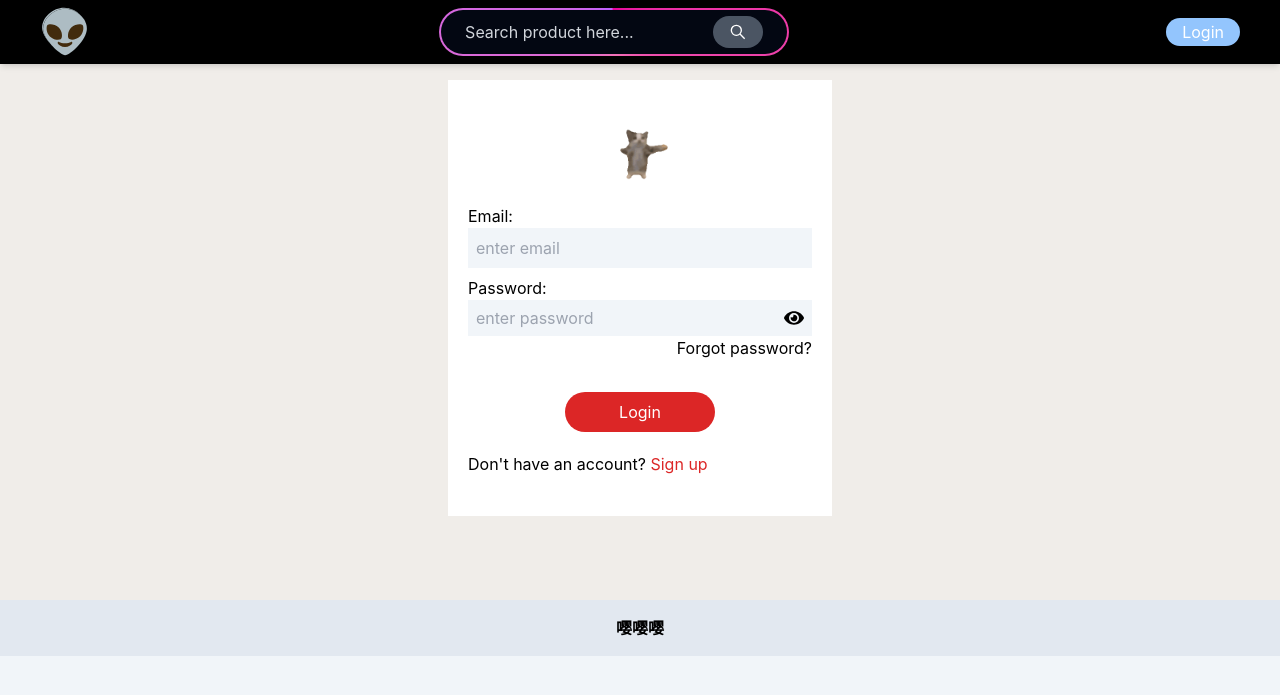
Repository: Cathe66/SwiftiesStore
Page: /login (app in frontend/)
These files come from the project's save history. The page is drawn as it stood at one moment and after the next save; the edit follows.
The browser window is 1280 px wide. The pictures show the whole page.
The page's requests for data from a server got no answer. The project was rebuilt for these pictures with package versions that can differ from the ones it lists, and the page was loaded fresh each time. No one was signed in, and anything a server would have sent is missing. Also part of the build but not shown: frontend/src/App.css, frontend/src/components/CategoryList.js, frontend/src/components/BannerProduct.js, frontend/src/helpers/fetchCategoryWiseProduct.js, frontend/src/helpers/displayCurrency.js, frontend/src/helpers/addToCart.js, frontend/src/components/HorizontalCardProduct.js, frontend/src/components/VerticalCardProduct.js and 26 more.

Above is the page before, as saved 2024-10-11 13:59:55.

### frontend/public/index.html
<!DOCTYPE html>
<html lang="en">
  <head>
    <meta charset="utf-8" />
    <link rel="icon" href="%PUBLIC_URL%/favicon.ico" />
    <meta name="viewport" content="width=device-width, initial-scale=1" />
    <meta name="theme-color" content="#000000" />
    <meta
      name="description"
      content="Web site created using create-react-app"
    />
    <link rel="apple-touch-icon" href="%PUBLIC_URL%/logo192.png" />

    <link rel="manifest" href="%PUBLIC_URL%/manifest.json" />

    <title>React App</title>
  </head>
  <body>

    <div id="root"></div>

  </body>
</html>

### frontend/src/App.js
import logo from './logo.svg';
import './App.css';
import { Outlet } from 'react-router-dom';
import Header from './components/Header';
import Footer from './components/Footer';
import { ToastContainer } from 'react-toastify';
import 'react-toastify/dist/ReactToastify.css';
import { useEffect, useState } from 'react';
import SummaryApi from './common';
import Context from './context';
import { useDispatch } from 'react-redux';
import { setUserDetails } from './store/userSlice';

function App() {
  const dispatch = useDispatch();
  const [cartProductCount, setCartProductCount] = useState(0);

  const fetchUserDetails = async () => {
    const dataResponse = await fetch(SummaryApi.current_user.url, {
      method: SummaryApi.current_user.method,
      credentials: 'include'
    });

    const dataApi = await dataResponse.json();

    if (dataApi.success) {
      dispatch(setUserDetails(dataApi.data));
    }
  };

  const fetchUserAddToCart = async () => {
    const dataResponse = await fetch(SummaryApi.addToCartProductCount.url, {
      method: SummaryApi.addToCartProductCount.method,
      credentials: 'include'
    });

    const dataApi = await dataResponse.json();

    setCartProductCount(dataApi?.data?.count);
  };

  useEffect(() => {
    fetchUserDetails();
    fetchUserAddToCart();
  }, []);

  return (
    <>
      <Context.Provider value={{
          fetchUserDetails,
          cartProductCount,
          fetchUserAddToCart
      }}>
        <ToastContainer
          position='top-center'
        />

        <Header/>
        <main className='min-h-[calc(100vh-120px)] pt-16 bg-[#f0ede9]'> {/* Added bg color here */}
          <Outlet/>
        </main>
        <Footer/>
      </Context.Provider>
    </>
  );
}

export default App;

### frontend/src/routes/index.js
import { createBrowserRouter } from 'react-router-dom'
import App from '../App'
import Home from '../pages/Home'
import Login from '../pages/Login'
import ForgotPassowrd from '../pages/ForgotPassowrd'
import SignUp from '../pages/SignUp'
import AdminPanel from '../pages/AdminPanel'
import AllUsers from '../pages/AllUsers'
import AllProducts from '../pages/AllProducts'
import CategoryProduct from '../pages/CategoryProduct'
import ProductDetails from '../pages/ProductDetails'
import Cart from '../pages/Cart'
import SearchProduct from '../pages/SearchProduct'
import Success from '../pages/Success'
import Cancel from '../pages/Cancel'
import OrderPage from '../pages/OrderPage'
import AllOrder from '../pages/AllOrder'

const router = createBrowserRouter([
    {
        path : "/",
        element : <App/>,
        children : [
            {
                path : "",
                element : <Home/>
            },
            {
                path : "login",
                element : <Login/>
            },
            {
                path : "forgot-password",
                element : <ForgotPassowrd/>
            },
            {
                path : "sign-up",
                element : <SignUp/>
            },
            {
                path : "product-category",
                element : <CategoryProduct/>
            },
            {
                path : "product/:id",
                element : <ProductDetails/>
            },
            {
                path : 'cart',
                element : <Cart/>
            },
            {
                path : 'success',
                element : <Success/>
            },
            {
                path : 'cancel',
                element : <Cancel/>
            },
            {
                path : "search",
                element : <SearchProduct/>
            },
            {
                path :'order',
                element : <OrderPage/>
            },
            {
                path : "admin-panel",
                element : <AdminPanel/>,
                children : [
                    {
                        path : "all-users",
                        element : <AllUsers/>
                    },
                    {
                        path : "all-products",
                        element : <AllProducts/>
                    },
                    {
                        path : "all-order",
                        element : <AllOrder/>
                    }
                ]
            },
        ]
    }
])


export default router

### frontend/src/components/Footer.js
import React from 'react'

const Footer = () => {
  return (
    <footer className='bg-slate-200'>
      <div className='container mx-auto p-4'>
       <p className='text-center font-bold' title="Taylor">嘤嘤嘤</p>
      </div>
    </footer>
  )
}

export default Footer

### frontend/src/common/index.js
const backendDomin = "http://localhost:8080"

const SummaryApi = {
    signUP : {
        url : `${backendDomin}/api/signup`,
        method : "post"
    },
    signIn : {
        url : `${backendDomin}/api/signin`,
        method : "post"
    },
    current_user : {
        url : `${backendDomin}/api/user-details`,
        method : "get"
    },
    logout_user : {
        url : `${backendDomin}/api/userLogout`,
        method : 'get'
    },
    allUser : {
        url : `${backendDomin}/api/all-user`,
        method : 'get'
    },
    updateUser : {
        url : `${backendDomin}/api/update-user`,
        method : "post"
    },
    uploadProduct : {
        url : `${backendDomin}/api/upload-product`,
        method : 'post'
    },
    allProduct : {
        url : `${backendDomin}/api/get-product`,
        method : 'get'
    },
    updateProduct : {
        url : `${backendDomin}/api/update-product`,
        method  : 'post'
    },
    categoryProduct : {
        url : `${backendDomin}/api/get-categoryProduct`,
        method : 'get'
    },
    categoryWiseProduct : {
        url : `${backendDomin}/api/category-product`,
        method : 'post'
    },
    productDetails : {
        url : `${backendDomin}/api/product-details`,
        method : 'post'
    },
    addToCartProduct : {
        url : `${backendDomin}/api/addtocart`,
        method : 'post'
    },
    addToCartProductCount : {
        url : `${backendDomin}/api/countAddToCartProduct`,
        method : 'get'
    },
    addToCartProductView : {
        url : `${backendDomin}/api/view-card-product`,
        method : 'get'
    },
    updateCartProduct : {
        url : `${backendDomin}/api/update-cart-product`,
        method : 'post'
    },
    deleteCartProduct : {
        url : `${backendDomin}/api/delete-cart-product`,
        method : 'post'
    },
    searchProduct : {
        url : `${backendDomin}/api/search`,
        method : 'get'
    },
    filterProduct : {
        url : `${backendDomin}/api/filter-product`,
        method : 'post'
    },
    payment: {
        url : `${backendDomin}/api/checkout`,
        method : 'post'

    },
    getOrder : {
        url : `${backendDomin}/api/order-list`,
        method : 'get'
    },
    uploadAddress: {
        url: `${backendDomin}/api/upload-address`,
        method: 'post'
    },
    updateAddress : {
        url : `${backendDomin}/api/update-address`,
        method  : 'post'
    },
    allOrder : {
        url : '${backendDomin}/api/all-order',
        method : 'get'
    }

}


export default SummaryApi

### frontend/src/pages/Login.js
import React, { useContext, useState } from 'react';
import loginIcons from '../assest/signin.gif';
import { FaEye, FaEyeSlash } from "react-icons/fa";
import { Link, useNavigate } from 'react-router-dom';
import SummaryApi from '../common';
import { toast } from 'react-toastify';
import Context from '../context';

const Login = () => {
    const [showPassword, setShowPassword] = useState(false);
    const [data, setData] = useState({
        email: "",
        password: ""
    });
    const navigate = useNavigate();
    const { fetchUserDetails, fetchUserAddToCart } = useContext(Context);

    const handleOnChange = (e) => {
        const { name, value } = e.target;
        setData(prev => ({ ...prev, [name]: value }));
    };

    const handleSubmit = async (e) => {
        e.preventDefault();

        try {
            const dataResponse = await fetch(SummaryApi.signIn.url, {
                method: SummaryApi.signIn.method,
                credentials: 'include',
                headers: {
                    "content-type": "application/json"
                },
                body: JSON.stringify(data)
            });

            const dataApi = await dataResponse.json();
            console.log("API Response:", dataApi); // Debugging log

            if (dataApi.success) {
                toast.success(dataApi.message);
                navigate('/');
                fetchUserDetails();
                fetchUserAddToCart();
            } else {
                toast.error(dataApi.message);
            }
        } catch (error) {
            console.error("Error during login:", error);
            toast.error("Something went wrong during login!");
        }
    };

    return (
        <section id='login'>
            <div className='mx-auto container p-4'>
                <div className='bg-white p-5 w-full max-w-sm mx-auto'>
                    <div className='w-20 h-20 mx-auto'>
                        <img src={loginIcons} alt='login icons' />
                    </div>
                    <form className='pt-6 flex flex-col gap-2' onSubmit={handleSubmit}>
                        <div className='grid'>
                            <label>Email: </label>
                            <div className='bg-slate-100 p-2'>
                                <input
                                    type='email'
                                    placeholder='enter email'
                                    name='email'
                                    value={data.email}
                                    onChange={handleOnChange}
                                    className='w-full h-full outline-none bg-transparent'
                                />
                            </div>
                        </div>
                        <div>
                            <label>Password: </label>
                            <div className='bg-slate-100 p-2 flex'>
                                <input
                                    type={showPassword ? "text" : "password"}
                                    placeholder='enter password'
                                    name='password'
                                    value={data.password}
                                    onChange={handleOnChange}
                                    className='w-full h-full outline-none bg-transparent'
                                />
                                <div className='cursor-pointer text-xl' onClick={() => setShowPassword(prev => !prev)}>
                                    {showPassword ? <FaEyeSlash /> : <FaEye />}
                                </div>
                            </div>
                            <Link to={'/forgot-password'} className='block w-fit ml-auto hover:underline hover:text-red-600'>
                                Forgot password?
                            </Link>
                        </div>
                        <button className='bg-red-600 hover:bg-red-700 text-white px-6 py-2 w-full max-w-[150px] rounded-full hover:scale-110 transition-all mx-auto block mt-6'>
                            Login
                        </button>
                    </form>
                    <p className='my-5'>
                        Don't have an account? <Link to={"/sign-up"} className='text-red-600 hover:text-red-700 hover:underline'>Sign up</Link>
                    </p>
                </div>
            </div>
        </section>
    );
};

export default Login;

### frontend/src/components/Logo.js
import React from 'react'

export const Logo = () => (
	<svg xmlns="http://www.w3.org/2000/svg" width="50" height="50" viewBox="0 0 128 128"><path fill="#ADBCC3" d="M64 4.5C36.2 4.5 8 28.1 8 55.8s44.3 67.7 56.2 67.7c13.2 0 55.8-39.9 55.8-67.7S91.8 4.5 64 4.5"/><path fill="#422B0D" d="M64 102.35c-9.37 0-16.06-5.52-18.07-8.58c-.76-.98-.92-2.31-.41-3.44c.39-.74 1.17-1.18 2-1.15c.3 0 .6.05.88.15C53.1 90.8 57.23 93 64 93s10.92-2.16 15.63-3.63c.28-.1.58-.15.88-.15c.83-.03 1.61.41 2 1.15c.51 1.13.35 2.46-.41 3.44c-2.04 3.02-8.73 8.54-18.1 8.54m-9.95-20.79c-3 3.88-17.71 3.89-28.85-6.36c-10.09-9.28-9.46-25.64-6.13-28.94s19.19-3.38 28.85 6.36s9.8 25.3 6.13 28.94m26.03-28.98c9.66-9.7 25.52-9.62 28.85-6.33s3.53 19.11-6.13 28.8S77.64 85 73.94 81.38s-3.52-19.1 6.14-28.8"/><path fill="#ADBCC3" d="M64 4.5c14.52 0 29.13 6.42 39.8 16.5C93 9.46 77.17 2 61.47 2c-27.8 0-56 23.6-56 51.3c0 15.6 14.06 35.11 28.47 49.18C20.46 88.64 8 70.49 8 55.8C8 28.1 36.2 4.5 64 4.5"/></svg>
);

export default Logo

Loaded but not shown: frontend/src/index.js (common file); frontend/src/index.css (common file); frontend/src/reportWebVitals.js (common file); frontend/src/store/store.js (common file); frontend/src/context/index.js (common file); frontend/src/store/userSlice.js (common file); frontend/src/common/role.js (common file); frontend/tailwind.config.js (common file); frontend/src/components/Header.js (129 lines, source omitted)

After the next save:
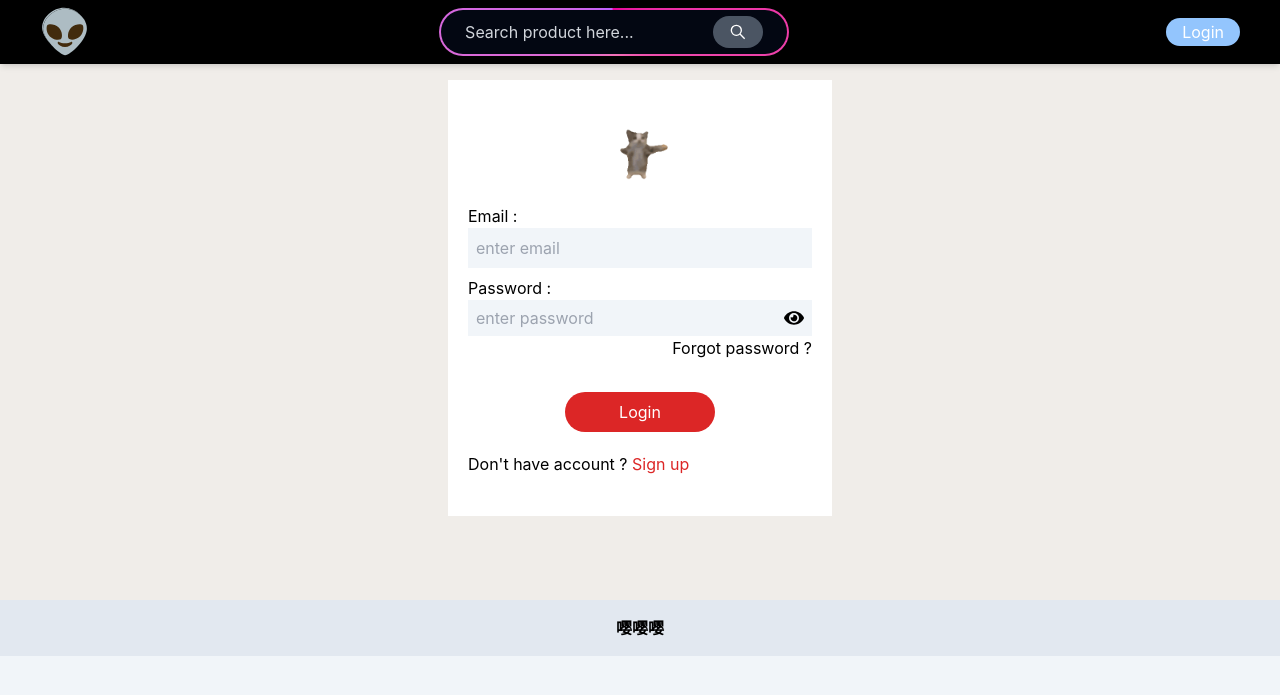
Saved 5 s later.
--- a/frontend/src/pages/Login.js
+++ b/frontend/src/pages/Login.js
@@ -1,65 +1,74 @@
-import React, { useContext, useState } from 'react';
-import loginIcons from '../assest/signin.gif';
-import { FaEye, FaEyeSlash } from "react-icons/fa";
+import React, { useContext, useState } from 'react'
+import loginIcons from '../assest/signin.gif'
+import { FaEye } from "react-icons/fa";
+import { FaEyeSlash } from "react-icons/fa";
 import { Link, useNavigate } from 'react-router-dom';
 import SummaryApi from '../common';
 import { toast } from 'react-toastify';
 import Context from '../context';
 
 const Login = () => {
-    const [showPassword, setShowPassword] = useState(false);
-    const [data, setData] = useState({
-        email: "",
-        password: ""
-    });
-    const navigate = useNavigate();
-    const { fetchUserDetails, fetchUserAddToCart } = useContext(Context);
+    const [showPassword,setShowPassword] = useState(false)
+    const [data,setData] = useState({
+        email : "",
+        password : ""
+    })
+    const navigate = useNavigate()
+    const { fetchUserDetails, fetchUserAddToCart } = useContext(Context)
 
-    const handleOnChange = (e) => {
-        const { name, value } = e.target;
-        setData(prev => ({ ...prev, [name]: value }));
-    };
+    const handleOnChange = (e) =>{
+        const { name , value } = e.target
 
-    const handleSubmit = async (e) => {
-        e.preventDefault();
+        setData((preve)=>{
+            return{
+                ...preve,
+                [name] : value
+            }
+        })
+    }
 
-        try {
-            const dataResponse = await fetch(SummaryApi.signIn.url, {
-                method: SummaryApi.signIn.method,
-                credentials: 'include',
-                headers: {
-                    "content-type": "application/json"
-                },
-                body: JSON.stringify(data)
-            });
 
-            const dataApi = await dataResponse.json();
-            console.log("API Response:", dataApi); // Debugging log
+    const handleSubmit = async(e) =>{
+        e.preventDefault()
 
-            if (dataApi.success) {
-                toast.success(dataApi.message);
-                navigate('/');
-                fetchUserDetails();
-                fetchUserAddToCart();
-            } else {
-                toast.error(dataApi.message);
-            }
-        } catch (error) {
-            console.error("Error during login:", error);
-            toast.error("Something went wrong during login!");
+        const dataResponse = await fetch(SummaryApi.signIn.url,{
+            method : SummaryApi.signIn.method,
+            credentials : 'include',
+            headers : {
+                "content-type" : "application/json"
+            },
+            body : JSON.stringify(data)
+        })
+
+        const dataApi = await dataResponse.json()
+
+        if(dataApi.success){
+            toast.success(dataApi.message)
+            navigate('/')
+            fetchUserDetails()
+            fetchUserAddToCart()
         }
-    };
 
-    return (
-        <section id='login'>
-            <div className='mx-auto container p-4'>
-                <div className='bg-white p-5 w-full max-w-sm mx-auto'>
+        if(dataApi.error){
+            toast.error(dataApi.message)
+        }
+
+    }
+
+    console.log("data login",data)
+
+  return (
+    <section id='login'>
+        <div className='mx-auto container p-4'>
+
+            <div className='bg-white p-5 w-full max-w-sm mx-auto'>
                     <div className='w-20 h-20 mx-auto'>
-                        <img src={loginIcons} alt='login icons' />
+                        <img src={loginIcons} alt='login icons'/>
                     </div>
+
                     <form className='pt-6 flex flex-col gap-2' onSubmit={handleSubmit}>
                         <div className='grid'>
-                            <label>Email: </label>
+                            <label>Email : </label>
                             <div className='bg-slate-100 p-2'>
                                 <input
                                     type='email'
@@ -67,40 +76,50 @@ const Login = () => {
                                     name='email'
                                     value={data.email}
                                     onChange={handleOnChange}
-                                    className='w-full h-full outline-none bg-transparent'
-                                />
+                                    className='w-full h-full outline-none bg-transparent'/>
                             </div>
                         </div>
+
                         <div>
-                            <label>Password: </label>
+                            <label>Password : </label>
                             <div className='bg-slate-100 p-2 flex'>
                                 <input
                                     type={showPassword ? "text" : "password"}
                                     placeholder='enter password'
+                                    value={data.password}
                                     name='password'
-                                    value={data.password}
                                     onChange={handleOnChange}
-                                    className='w-full h-full outline-none bg-transparent'
-                                />
-                                <div className='cursor-pointer text-xl' onClick={() => setShowPassword(prev => !prev)}>
-                                    {showPassword ? <FaEyeSlash /> : <FaEye />}
+                                    className='w-full h-full outline-none bg-transparent'/>
+                                <div className='cursor-pointer text-xl' onClick={()=>setShowPassword((preve)=>!preve)}>
+                                    <span>
+                                        {
+                                            showPassword ? (
+                                                <FaEyeSlash/>
+                                            )
+                                            :
+                                            (
+                                                <FaEye/>
+                                            )
+                                        }
+                                    </span>
                                 </div>
                             </div>
                             <Link to={'/forgot-password'} className='block w-fit ml-auto hover:underline hover:text-red-600'>
-                                Forgot password?
+                                Forgot password ?
                             </Link>
                         </div>
-                        <button className='bg-red-600 hover:bg-red-700 text-white px-6 py-2 w-full max-w-[150px] rounded-full hover:scale-110 transition-all mx-auto block mt-6'>
-                            Login
-                        </button>
+
+                        <button className='bg-red-600 hover:bg-red-700 text-white px-6 py-2 w-full max-w-[150px] rounded-full hover:scale-110 transition-all mx-auto block mt-6'>Login</button>
+
                     </form>
-                    <p className='my-5'>
-                        Don't have an account? <Link to={"/sign-up"} className='text-red-600 hover:text-red-700 hover:underline'>Sign up</Link>
-                    </p>
-                </div>
+
+                    <p className='my-5'>Don't have account ? <Link to={"/sign-up"} className=' text-red-600 hover:text-red-700 hover:underline'>Sign up</Link></p>
             </div>
-        </section>
-    );
-};
 
-export default Login;
+
+        </div>
+    </section>
+  )
+}
+
+export default Login
